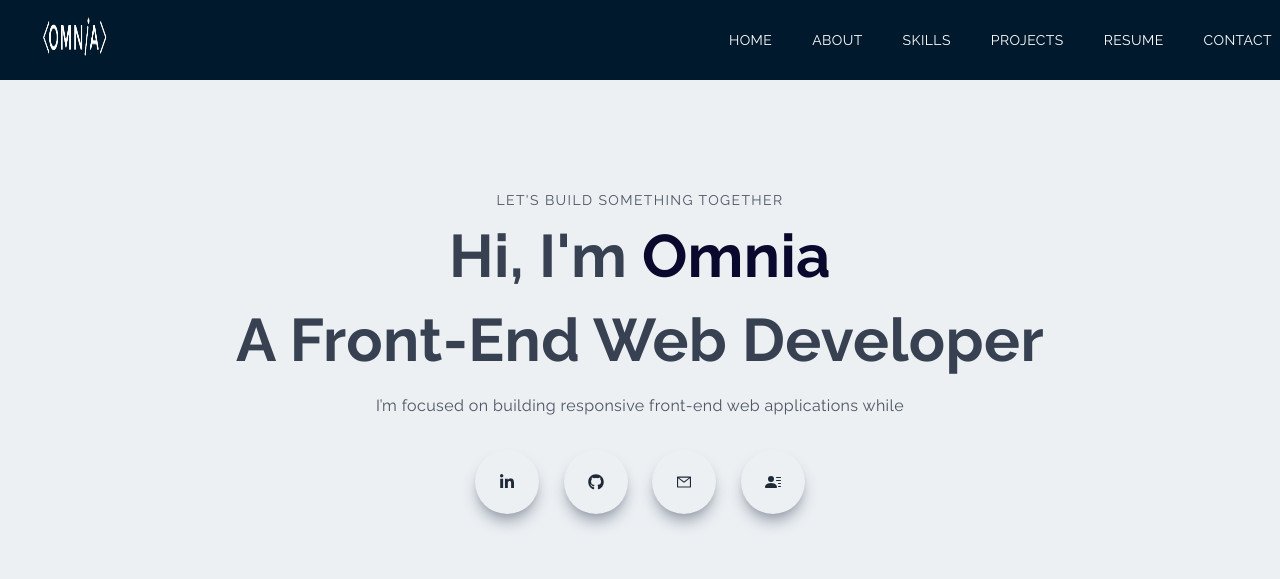
Repository: OmniaRafat232111121/portfolionextjs
Page: /
The author's editor kept a copy of each file at every save. The page is drawn from the files as they stood at one save, then again after a run of saves.
The browser window is 1280 px wide. The pictures show the whole page.
The project was rebuilt for these pictures with package versions that can differ from the ones it lists, and the page was loaded fresh each time. The framework's server and built-in components were replaced by stand-ins that run in the browser. Also part of the build but not shown: next.config.js.

Above is the page before, as saved 2022-09-27 17:13:58.

After the next 14 saves:
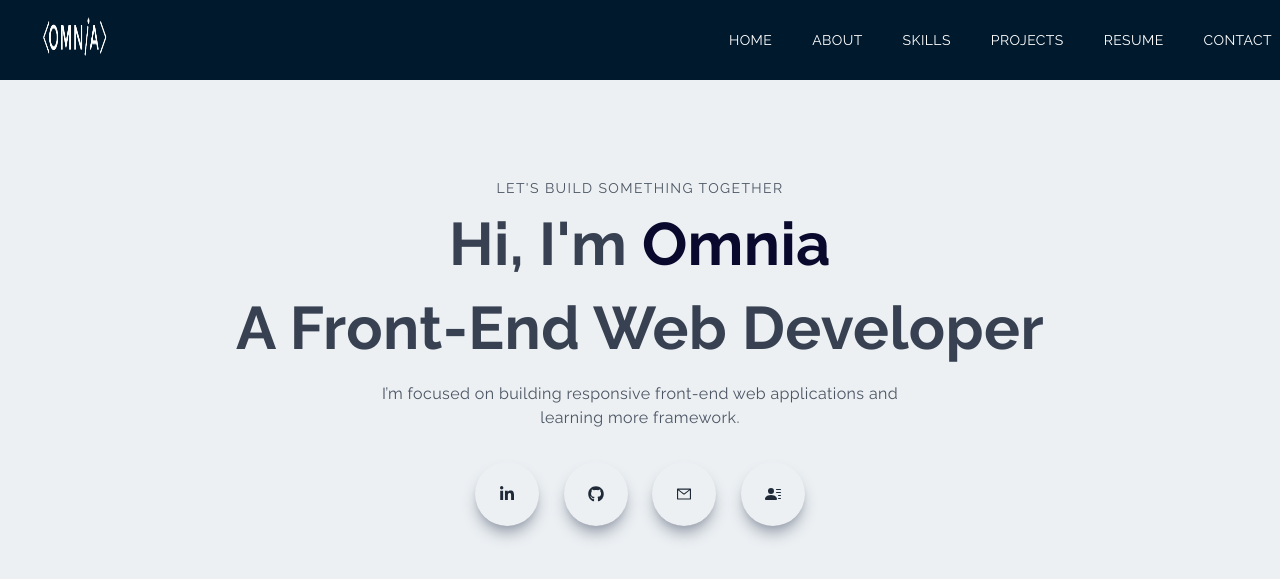
The 14 saves are shown as one change because they came seconds apart.
The last was saved 50 s later.
--- a/components/Main.jsx
+++ b/components/Main.jsx
@@ -17,7 +17,7 @@ const Main = () => {
           </h1>
           <h1 className='py-2 text-gray-700'>A Front-End Web Developer</h1>
           <p className='py-4 text-gray-600 sm:max-w-[70%] m-auto'>
-            I’m focused on building responsive front-end web applications while
+            I’m focused on building responsive front-end web applications and learning more framework.
 
           </p>
           <div className='flex items-center justify-between max-w-[330px] m-auto py-4'>
